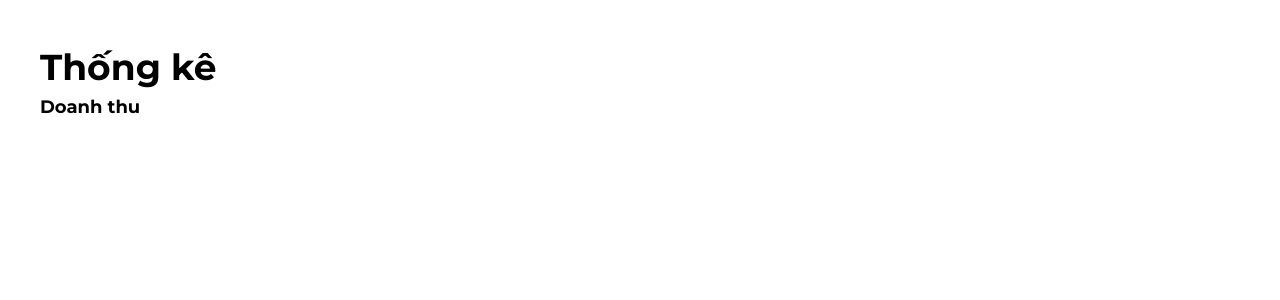
Repository: iphoneboy46/AltaMediaCMS
Page: /
These files come from the project's save history. The page is drawn as it stood at one moment and after the next save; the edit follows.
The browser window is 1280 px wide. The pictures show the whole page.
Some web libraries are served in a nearby version. The project was rebuilt for these pictures with package versions that can differ from the ones it lists, and the page was loaded fresh each time.

Above is the page before, as saved 2023-03-26 21:26:00.

### public/index.html
<!DOCTYPE html>
<html lang="en">
  <head>
    <meta charset="utf-8" />
    <link rel="icon" href="%PUBLIC_URL%/favicon.ico" />
    <meta name="viewport" content="width=device-width, initial-scale=1" />
    <meta name="theme-color" content="#000000" />
    <meta
      name="description"
      content="Web site created using create-react-app"
    />
    <link rel="apple-touch-icon" href="%PUBLIC_URL%/logo192.png" />
    <!--
      manifest.json provides metadata used when your web app is installed on a
      user's mobile device or desktop. See https://developers.google.com/web/fundamentals/web-app-manifest/
    -->
    <link rel="manifest" href="%PUBLIC_URL%/manifest.json" />
    <!--
      Notice the use of %PUBLIC_URL% in the tags above.
      It will be replaced with the URL of the `public` folder during the build.
      Only files inside the `public` folder can be referenced from the HTML.

      Unlike "/favicon.ico" or "favicon.ico", "%PUBLIC_URL%/favicon.ico" will
      work correctly both with client-side routing and a non-root public URL.
      Learn how to configure a non-root public URL by running `npm run build`.
    -->
    <link rel="stylesheet" href="https://cdnjs.cloudflare.com/ajax/libs/font-awesome/6.3.0/css/all.min.css" integrity="sha512-SzlrxWUlpfuzQ+pcUCosxcglQRNAq/DZjVsC0lE40xsADsfeQoEypE+enwcOiGjk/bSuGGKHEyjSoQ1zVisanQ==" crossorigin="anonymous" referrerpolicy="no-referrer" />
    <title>React App</title>
  </head>
  <body>
    <noscript>You need to enable JavaScript to run this app.</noscript>
    <div id="root"></div>
    <!--
      This HTML file is a template.
      If you open it directly in the browser, you will see an empty page.

      You can add webfonts, meta tags, or analytics to this file.
      The build step will place the bundled scripts into the <body> tag.

      To begin the development, run `npm start` or `yarn start`.
      To create a production bundle, use `npm run build` or `yarn build`.
    -->
  </body>
</html>

### src/App.tsx

import './App.css';
import Home from './components/Home/Home';
import MenuBar from './components/Menu/MenuBar';

function App() {
  return (
    <div className="App">
      {/* <MenuBar /> */}
      <Home />
    </div>
  );
}

export default App;

### src/App.css
@import url('https://fonts.googleapis.com/css2?family=Montserrat:wght@300;400;500;700&display=swap');

*{
  margin: 0;
  padding: 0;
  box-sizing: border-box;
  font-family: 'Montserrat', sans-serif;
}

### src/components/Home/Home.tsx
import React from 'react'

function Home() {
  return (
    <div className="w-[80%] bg-[white] p-10">
        <div className="">
            <h1 className="text-[black] text-[36px] font-[700]">Thống kê</h1>
        </div>
        <div>
            <h2 className="text-[black] text-[18px] font-[600]">Doanh thu</h2>
        </div>
    </div>
  )
}

export default Home

### tailwind.config.js

module.exports = {
  content: [
    "./src/**/*.{js,jsx,ts,tsx}",
    ],
  theme: {
    extend: {},
    colors:{
        'yellowMain':"#FFB800",
         'background' :"#E5E5E5"

    }
  },
  plugins: [],
}

Loaded but not shown: src/index.tsx (common file); src/index.css (common file); src/reportWebVitals.ts (common file)

After the next save:
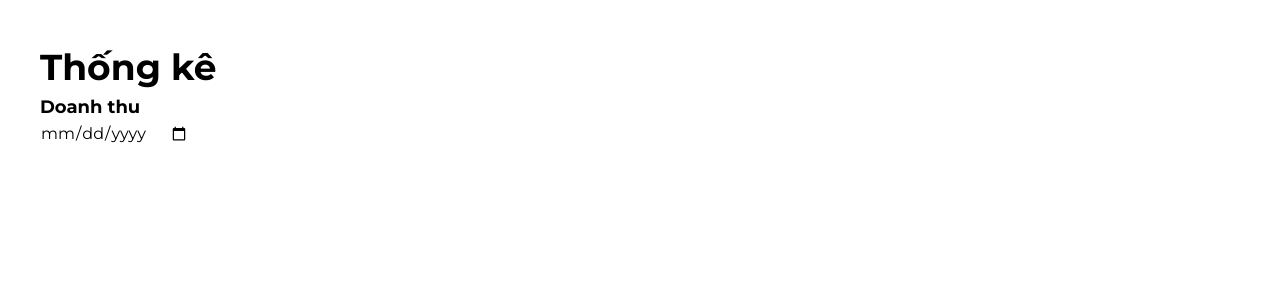
Saved 31 s later.
--- a/src/components/Home/Home.tsx
+++ b/src/components/Home/Home.tsx
@@ -7,7 +7,10 @@ function Home() {
             <h1 className="text-[black] text-[36px] font-[700]">Thống kê</h1>
         </div>
         <div>
-            <h2 className="text-[black] text-[18px] font-[600]">Doanh thu</h2>
+           <div> <h2 className="text-[black] text-[18px] font-[600]">Doanh thu</h2></div>
+           <div>
+             <input type="date" />
+           </div>
         </div>
     </div>
   )
